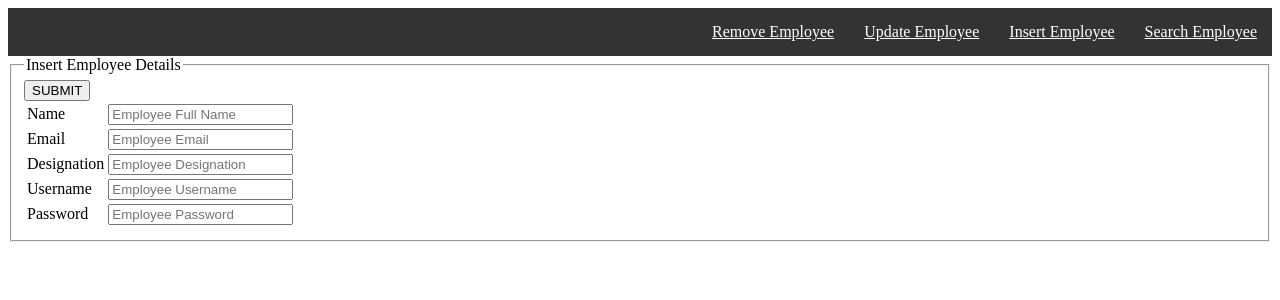
Repository: dannytayade1495/WEJM3
Page: http://localhost/mvcproject1/WEB-INF/views/insertEmployee.jsp
An editor plug-in stored every save of this project. The page is shown before and after the next save, followed by the edit.
The browser window is 1280 px wide. The pictures show the whole page.
The page is served by Tomcat 9. Nobody is signed in. Other server files are loaded and not shown. The template is opened directly, without the code that normally fills it, so the values that code supplies are empty.

Above is the page before, as saved 2022-06-02 15:11:36.

### mvcproject1/src/main/webapp/WEB-INF/views/insertEmployee.jsp
<%@ page language="java" contentType="text/html; charset=ISO-8859-1"
	pageEncoding="ISO-8859-1"%>
<jsp:include page="navBar.jsp" />
<!DOCTYPE html>
<html>
<head>
<meta charset="ISO-8859-1">
<title>Employee Management</title>
</head>
<body>
	<fieldset>
		<legend>Insert Employee Details</legend>
		<form action="">
			<table>
				<tr>
					<td><label>Name</label></td>
					<td><input type="text" name="name"
						placeholder="Employee Full Name"></td>
				</tr>
				<tr>
					<td><label>Email</label></td>
					<td><input type="text" name="email"
						placeholder="Employee Email"></td>
				</tr>
				<tr>
					<td><label>Designation</label></td>
					<td><input type="text" name="designation"
						placeholder="Employee Designation"></td>
				</tr>
				<tr>
					<td><label>Username</label></td>
					<td><input type="text" name="userName"
						placeholder="Employee Username"></td>
				</tr>
				<tr>
					<td><label>Password</label></td>
					<td><input type="text" name="password"
						placeholder="Employee Password"></td>
				</tr>
				<tr style="float: none;">
					<input type="submit" value="SUBMIT">
				</tr>
			</table>
		</form>
	</fieldset>
</body>
</html>

### mvcproject1/src/main/webapp/WEB-INF/views/navBar.jsp
<%@ page language="java" contentType="text/html; charset=ISO-8859-1"
	pageEncoding="ISO-8859-1"%>
<!DOCTYPE html>
<html>
<head>

<meta charset="ISO-8859-1">
<title>Employee Management</title>
<style type="text/css">
ul {
	list-style-type: none;
	background-color: black;
	overflow: hidden;
	margin: 0px;
	padding: 0px;
	background-color: #333;
	margin: 0px;
}

li {
	float: right;
}

li a {
	display: block;
	margin: 0px;
	padding: 15px;
}

li a:hover {
	background-color: #111;
}
</style>
</head>
<body>
	<ul>
		<li><a style="color: white;" href="./search">Search Employee</a></li>
		<li><a style="color: white;" href="./insert">Insert Employee</a></li>
		<li><a style="color: white;" href="./update">Update Employee</a></li>
		<li><a style="color: white;" href="./remove">Remove Employee</a></li>
	</ul>
</body>
</html>

After the next save:
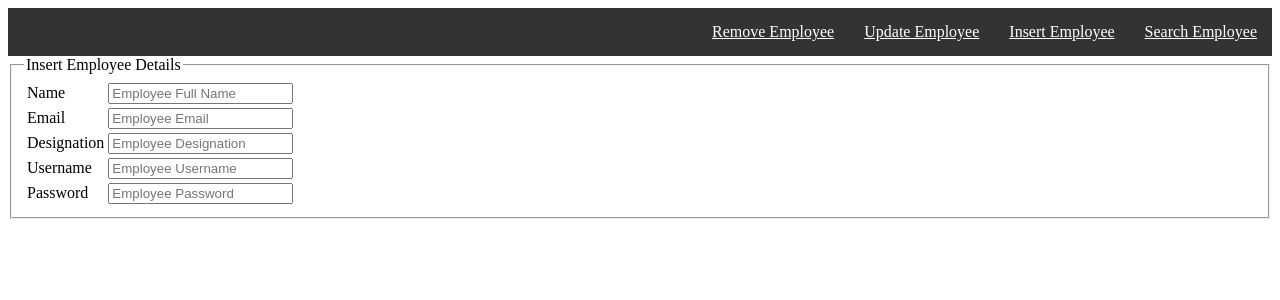
Saved 36 s later.
--- a/mvcproject1/src/main/webapp/WEB-INF/views/insertEmployee.jsp
+++ b/mvcproject1/src/main/webapp/WEB-INF/views/insertEmployee.jsp
@@ -37,9 +37,6 @@
 					<td><input type="text" name="password"
 						placeholder="Employee Password"></td>
 				</tr>
-				<tr style="float: none;">
-					<input type="submit" value="SUBMIT">
-				</tr>
 			</table>
 		</form>
 	</fieldset>
